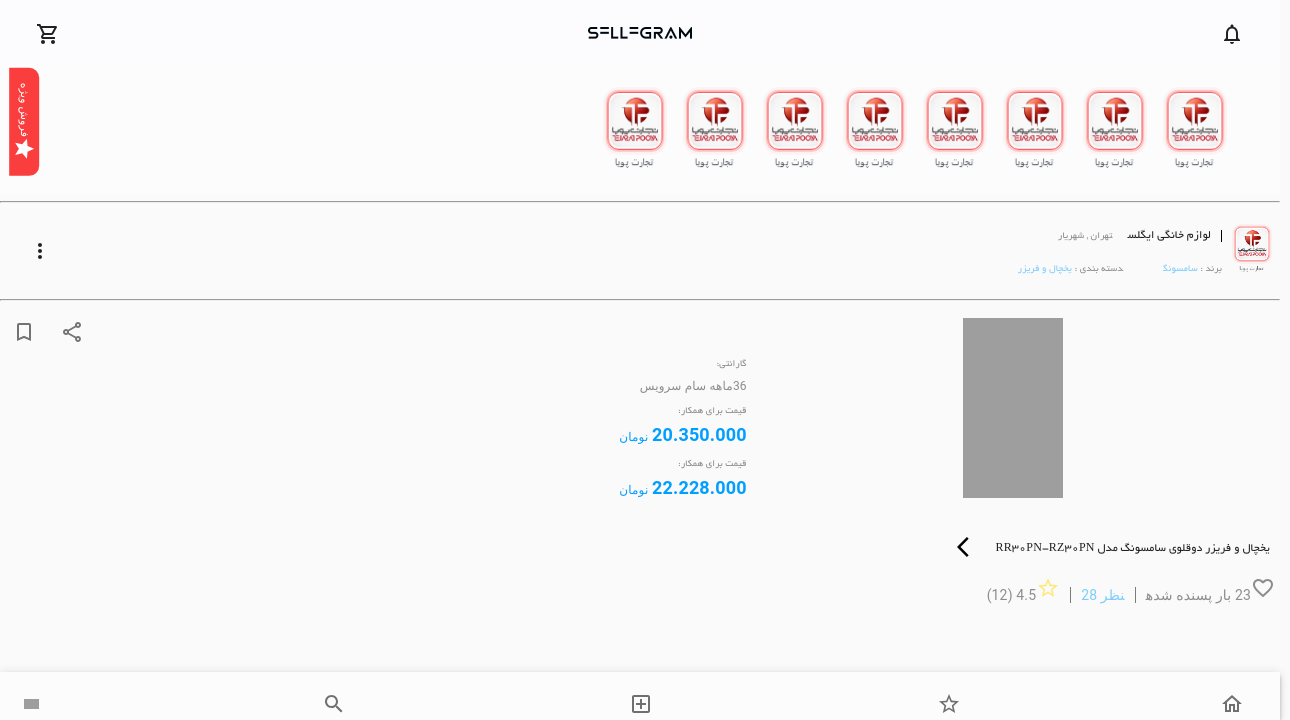
Repository: sadegh1379/selegram
Page: /login-4
The author's editor kept a copy of each file at every save. The page is drawn from the files as they stood at one save, then again after the next save.
The browser window is 1280 px wide. The page is 1280 px wide, then 1290 px, so the pictures cover 1290 px, including what lies to the right of the window. The pictures show the whole page.
Pictures or frames that could not be fetched are drawn as grey boxes. The project was rebuilt for these pictures with package versions that can differ from the ones it lists, and the page was loaded fresh each time. Also part of the build but not shown: src/components/login/Login.js, src/components/login/LoginOne.js, src/components/login/LoginThree.js.

Above is the page before, as saved 2020-09-09 14:34:18.

### public/index.html
<!DOCTYPE html>
<html lang="en">
  <head>
    <meta charset="utf-8" />
    <link rel="icon" href="%PUBLIC_URL%/favicon.ico" />
    <meta
      name="viewport"
      content="minimum-scale=1, initial-scale=1, width=device-width"
    />
    <meta name="theme-color" content="#000000" />
    <meta
      name="description"
      content="Web site created using create-react-app"
    />
    <link rel="apple-touch-icon" href="%PUBLIC_URL%/logo192.png" />
    <!--
      manifest.json provides metadata used when your web app is installed on a
      user's mobile device or desktop. See https://developers.google.com/web/fundamentals/web-app-manifest/
    -->
    <link rel="manifest" href="%PUBLIC_URL%/manifest.json" />
    <!--
      Notice the use of %PUBLIC_URL% in the tags above.
      It will be replaced with the URL of the `public` folder during the build.
      Only files inside the `public` folder can be referenced from the HTML.

      Unlike "/favicon.ico" or "favicon.ico", "%PUBLIC_URL%/favicon.ico" will
      work correctly both with client-side routing and a non-root public URL.
      Learn how to configure a non-root public URL by running `npm run build`.
    -->
    <title>React App</title>
  </head>
  <body dir="rtl">
    <noscript>You need to enable JavaScript to run this app.</noscript>
    <div id="root"></div>
    <!--
      This HTML file is a template.
      If you open it directly in the browser, you will see an empty page.

      You can add webfonts, meta tags, or analytics to this file.
      The build step will place the bundled scripts into the <body> tag.

      To begin the development, run `npm start` or `yarn start`.
      To create a production bundle, use `npm run build` or `yarn build`.
    -->
  </body>
</html>

### src/index.js
import React from 'react';
import ReactDOM from 'react-dom';
import App from './App';
import { createMuiTheme, ThemeProvider } from '@material-ui/core/styles';
import RTL from './RTL';
import {BrowserRouter as Router} from 'react-router-dom';
// import '../node_modules/bootstrap/dist/css/bootstrap.css';
import {DataProvider} from './context'

const theme = createMuiTheme({
  direction: 'rtl', // Both here and <body dir="rtl">
});

ReactDOM.render(
      <ThemeProvider theme={theme}>
                      <RTL>
                          <Router>
                              <DataProvider>
                                    <App />
                              </DataProvider>
                          </Router>
                      </RTL>
      </ThemeProvider>
  ,
  document.getElementById('root')
);

### src/App.js
import React from 'react';
import './App.css';
import {Switch , Route} from 'react-router-dom';

import Login from './components/login/Login';
import LoginOne from './components/login/LoginOne';
import LoginThree from './components/login/LoginThree';
import LoginFour from './components/body/LoginFour'

function App() {
  return (
    <div className="App">
      <Switch>
        <Route exact path="/" component={(props)=><Login {...props}/>} />
        <Route exact path="/login-1" component={(props)=><LoginOne {...props}/>} />
        <Route exact path="/login-3" component={(props)=><LoginThree {...props}/>} />
        <Route exact path="/login-4" component={(props)=><LoginFour {...props}/>} />
      </Switch>
    </div>
  );
}

export default App;

### src/RTL.js
import React from 'react'
import { create } from 'jss';
import rtl from 'jss-rtl';
import { StylesProvider, jssPreset } from '@material-ui/core/styles';

// Configure JSS
const jss = create({ plugins: [...jssPreset().plugins, rtl()] });

function RTL(props) {
  return (
    <StylesProvider jss={jss}>
      {props.children}
    </StylesProvider>
  );
}

export default RTL;

### src/context.js
import React , {createContext ,Component}  from 'react';

const context = createContext()

 class DataProvider extends Component {
    constructor(props){
        super(props);

        this.state={
            kala:[{
                name:'sadegh',
                img:'./img/kala.png'
            },
            {
                name:'sadegh',
                img:'./img/kala.png'
            },
            {
                name:'sadegh',
                img:'./img/kala.png'
            },
            {
                name:'sadegh',
                img:'./img/kala.png'
            },
            {
                name:'sadegh',
                img:'./img/kala.png'
            },
            {
                name:'sadegh',
                img:'./img/kala.png'
            },
            {
                name:'sadegh',
                img:'./img/kala.png'
            },
            {
                name:'sadegh',
                img:'./img/kala.png'
            }
        ],
        select:'./img/ice.png'
        }
    }
    render() {
        return (
            <context.Provider value={{
                    ...this.state
            }}>
                {this.props.children}
            </context.Provider>
        )
    }
}

const DataConsumer = context.Consumer;

export { DataProvider , DataConsumer , context};

### src/App.css
@font-face {
    font-family: BYekan;
    src: url('./font/BYekan.ttf') , url('./font/BYekan.eot') , url('./font/BYekan.woff');
  }

html , body , #root{
    margin: 0px ;
    padding:0px;

}
.font-yekan{
    font-family: BYekan !important;
  }
label{
    color:#034DA2 !important;
    font-size: 14px;

    font-weight: small !important;

    margin-right: 10px;
    font-family: BYekan !important;
}

.color-text{
  color:#404D66
}

.no-scroll::-webkit-scrollbar{
  display: none;

}
.no-scroll{
  -ms-overflow-style: none ;
  scrollbar-width: none;
}

.lighblue{
  color:#009FFF;
}
.font-10-px{
  font-size: 10px;
}
.font-12-px{
  font-size: 12px;
}
.text-right{
  text-align: right;
}
.text-left{
  text-align: left;
}

.opacity{
  opacity: 0.5;

}

.money-color{
  color:#009FFF;
  font-size:18px;
  font-weight: bolder  ;
}

.toman-blue{
  font-size: 12px;
  color:#009FFF ;

}

### src/components/body/LoginFour.js
import React , {useContext} from 'react';
import Navbar from '../static/Navbar';
import Button from '@material-ui/core/Button';
import Grid from '@material-ui/core/Grid'
import {context} from '../../context';
import useStyles from './styles';
import StarIcon from '@material-ui/icons/Star';
import Menu from '@material-ui/core/Menu';
import MenuItem from '@material-ui/core/MenuItem';
import MoreVertIcon from '@material-ui/icons/MoreVert';
import BookmarkBorderIcon from '@material-ui/icons/BookmarkBorder';
import ShareOutlinedIcon from '@material-ui/icons/ShareOutlined';
import { IconButton } from '@material-ui/core';
import ArrowBackIosIcon from '@material-ui/icons/ArrowBackIos';
import FavoriteBorderOutlinedIcon from '@material-ui/icons/FavoriteBorderOutlined';
import BottomAppBar from '../static/BottomAppBar';
import StarBorderIcon from '@material-ui/icons/StarBorder';



function LoginFour() {
    const classes = useStyles();
    const [anchorEl, setAnchorEl] = React.useState(null);
    const [opinion , setOpinion] = React.useState('لطفا نظر خود را بنویسید ...');

    const data = useContext(context);
    console.log(data);

    // fordropdown---------

    const handleClick = (event) => {
        setAnchorEl(event.currentTarget);
      };

      const handleClose = () => {
        setAnchorEl(null);
      };

      //-------------------

    return (
        <React.Fragment>
            <Navbar/>

            <Grid className={classes.carouselContainer}>
                <ul className="no-scroll" style={{display:'flex' , overflow:'scroll' , listStyle:'none' }}>
                    <span className={classes.ulf}>
                        <StarIcon/>
                            فروش ویژه
                    </span>
                    {data.kala.map((item , i)=>{
                        return(
                            <li style={{margin:'0px 8px' }} key={i}>
                                <img style={{width:'64px' , height:'83px'}}  src={item.img} alt=""/>


                            </li>
                        )
                    })
                    }
                </ul>
            </Grid><hr/>

            {/* information component */}

            <Grid className={classes.informationGrid}>
                <Grid item ><img alt="img" style={{width:'40px'}} src={data.kala[2].img}/></Grid>
                <Grid item  className={classes.informationText}>
                    <span className="font-yekan font-12-px" style={{borderRight:'1px solid black' , paddingRight:'10px' }}>لوازم خانگی  ایگلس</span>
                    <span className="font-yekan  font-10-px" style={{marginRight:'15px' , opacity:'0.5'}}>تهران , شهریار</span><br/>
                    <span className="font-yekan font-10-px" style={{opacity:'0.5'}}>برند  :  <span className="lighblue">سامسونگ</span></span>
                    <span className="font-yekan font-10-px" style={{opacity:'0.5', marginRight:'40px'}}>دسته بندی  : <span className="lighblue">یخچال و فریزر</span></span>
                </Grid>
                <Grid item>
                    <div>
                        <Button aria-controls="simple-menu" aria-haspopup="true" onClick={handleClick}>
                            <MoreVertIcon/>
                        </Button>
                        <Menu
                            id="simple-menu"
                            anchorEl={anchorEl}
                            keepMounted
                            open={Boolean(anchorEl)}
                            onClose={handleClose}
                        >
                            <MenuItem onClick={handleClose}>Profile</MenuItem>
                            <MenuItem onClick={handleClose}>My account</MenuItem>
                            <MenuItem onClick={handleClose}>Logout</MenuItem>
                        </Menu>
                     </div>
                </Grid>
            </Grid><hr/>
            {/* body */}
            <Grid className={classes.body}>
                <Grid className={classes.bodyImg} item md={5} sm={5} xs={5}>
                    <img style={{width:'100px' , height:'180px' ,imageResolution:'from-image'}} src={data.select} alt=""/>
                </Grid>
                <Grid item md={7} sm={7} xs={7}>
                    <div  className="text-left">
                        <IconButton>
                             <ShareOutlinedIcon/>
                        </IconButton>
                        <IconButton>
                              <BookmarkBorderIcon/>
                        </IconButton>

                    </div>
                    <div  style={{lineHeight:'10px'}}>
                            <span className="font-10-px opacity font-yekan">گارانتی:</span><p className="font-12-px opacity">36ماهه سام سرویس</p>
                            <span className="font-10-px opacity font-yekan">قیمت برای همکار:</span><p ><span className="money-color">20.350.000</span> <span className="toman-blue">نومان</span> </p>
                            <span className="font-10-px opacity font-yekan">قیمت برای همکار:</span><p ><span className="money-color">22.228.000</span> <span className="toman-blue">نومان</span> </p>

                    </div>

                </Grid>
            </Grid>

            <Grid className={classes.getArrow}>
                <span className="font-12-px font-yekan"> یخچال و فریزر دوقلوی سامسونگ مدل RR30PN-RZ30PN </span>
                <IconButton >
                        <ArrowBackIosIcon className={classes.color_black}/>
                </IconButton>
            </Grid>
            {/* liked */}
            <Grid className={classes.liked}>
                        <FavoriteBorderOutlinedIcon/>
                         <span>23 بار پسنده شده</span>
                        <span style={{borderLeft:'1px solid black' , margin:'0 10px'}}></span>
                        <span className="lighblue lightblue">نظر 28</span>
                        <span style={{borderLeft:'1px solid black' , margin:'0 10px'}}></span>
                        <StarBorderIcon className={classes.goldstar}/>
                        <span>4.5 (12)</span>

            </Grid>
            {/* Opinion */}
            {/* <Grid>
            <form style={{width:'100%' , margin:'10px'}}  autoComplete="off">
                <textarea style={{border:'0px'}} onChange={(e)=>setOpinion(e.target.value)} value={opinion} className="font-yekan opacity"  id="" cols="30" rows="2"></textarea>

            </form>
            </Grid> */}



            {/* bottom app bar */}
            <BottomAppBar img={data.select}/>
        </React.Fragment>
    )
}

export default LoginFour

### src/components/static/Navbar.js
import React from 'react';
import Grid from '@material-ui/core/Grid';
import useStyles from './styles';
import ShoppingCartOutlinedIcon from '@material-ui/icons/ShoppingCartOutlined';
import NotificationsOutlinedIcon from '@material-ui/icons/NotificationsOutlined';
import Button from '@material-ui/core/Button';
import logo from './img/navlogo.png'

function Navbar() {
    const classes = useStyles();
    return (
      <Grid  className={classes.navContainer}>
          <Grid>
              <Button>
                <NotificationsOutlinedIcon/>
              </Button>
          </Grid>
          <Grid className={classes.navlogo}>
              <img style={{width:'50%'}} src={logo} alt="selegram"/>
          </Grid>
          <Grid>
                <Button>
                <ShoppingCartOutlinedIcon/>
                </Button>
          </Grid>
      </Grid>
    )
}

export default Navbar

### src/components/body/styles.js
import { makeStyles } from '@material-ui/core/styles';

const useStyles = makeStyles((theme) => ({
    carouselContainer:{
        backgroundColor:'#FCFCFC',
        padding:'5px'
    },
    ulf:{
        backgroundColor:'#FA3D3D',
        position:'absolute',
        left:'-30px',
        marginTop:'20px',
        padding:'15px',
        // marginLeft:'0px',
        width:'100  px',
        height:'10px',
        transform:'rotateZ(-270deg)',
        display:'flex',
        alignItems:'center',
        justifyContent:'space-between',
        fontSize:'11px',
        color:'#FFFFFF',
        borderRadius:'10px 10px 0 0',
        boxShadow:'-3px 0px 6px'
    },
    informationGrid:{
            display:'flex',
            justifyContent:'space-between',
            padding:'8px',
            alignItems:'center'
    },
    informationText :{
        lineHeight:'30px',
        width:'100%',
        margin:'0 10px',
        padding:'0px'
    },
    body:{
        // backgroundColor:'gold',
        display:'flex'
    },
    bodyImg:{
        width:'100%',
        overflow:'hidden',
        padding:'10px',
        textAlign:'center'
    },
    getArrow:{
        padding:'10px'
    },
    color_black : {
        color:'black'
      },
    liked:{

        display:'felx'
        ,alignItems:'center',
        padding:'5px',
        marginTop:'-10px',
        opacity:'0.5'
    },
    goldstar:{
        color:'gold',

    },

}))


export default useStyles;

### src/components/static/BottomAppBar.js
import React from 'react';
import { makeStyles } from '@material-ui/core/styles';
import AppBar from '@material-ui/core/AppBar';
import CssBaseline from '@material-ui/core/CssBaseline';
import Toolbar from '@material-ui/core/Toolbar';
import IconButton from '@material-ui/core/IconButton';
import AddBoxOutlinedIcon from '@material-ui/icons/AddBoxOutlined';
import SearchIcon from '@material-ui/icons/Search';
import StarBorderOutlinedIcon from '@material-ui/icons/StarBorderOutlined';
import HomeOutlinedIcon from '@material-ui/icons/HomeOutlined';

const useStyles = makeStyles((theme) => ({




  appBar: {
    top: 'auto',
    bottom: 0,
    height:'48px',
    backgroundColor:'#FCFCFC'
  },
  grow: {
    flexGrow: 1,
  },

  toolBar:{
    display:'flex',
    justifyContent:'space-between',
    alignItems:'center'
  },
  icons:{

    color:'#707070'
  }
}));

export default function BottomAppBar(props) {
  const classes = useStyles();

  return (
    <React.Fragment>
      <CssBaseline />

      <AppBar position="fixed" color="default" className={classes.appBar}>
        <Toolbar className={classes.toolBar}>
          <IconButton edge="start" color="inherit" aria-label="open drawer">
            <HomeOutlinedIcon className={classes.icons} />
          </IconButton>
          <IconButton edge="end" color="inherit">
            <StarBorderOutlinedIcon className={classes.icons}/>
          </IconButton>
          <IconButton color="inherit">
            <AddBoxOutlinedIcon className={classes.icons}/>
          </IconButton>
          <IconButton color="inherit">
            <SearchIcon className={classes.icons}/>
          </IconButton>
          <IconButton edge="start" color="inherit" aria-label="open drawer">
            <img style={{width:'14.6px'}} src={props.img} alt=""/>
          </IconButton>
        </Toolbar>
      </AppBar>
    </React.Fragment>
  );
}

### src/components/static/styles.js
import { makeStyles } from '@material-ui/core/styles';

const useStyles = makeStyles((theme) => ({
    navContainer:{
        display:'flex',
        justifyContent:'space-between',
        backgroundColor:'#FCFCFF',
        padding:'16px',
        opacity:'100%',
        alignItems:'center'
    },
    navlogo:{
        textAlign:'center'
    }
}))


export default useStyles;

After the next save:
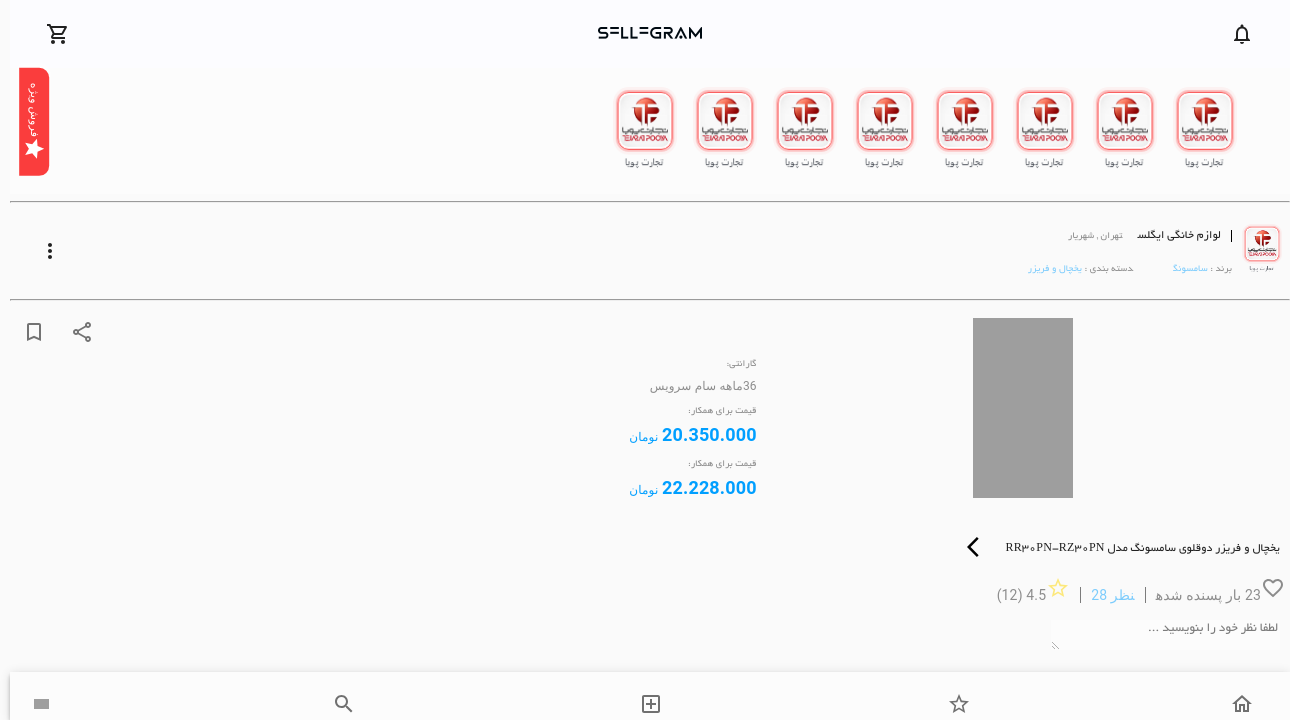
Saved 4 s later.
--- a/src/components/body/LoginFour.js
+++ b/src/components/body/LoginFour.js
@@ -133,12 +133,12 @@
 
             </Grid>
             {/* Opinion */}
-            {/* <Grid>
+            <Grid>
             <form style={{width:'100%' , margin:'10px'}}  autoComplete="off">
                 <textarea style={{border:'0px'}} onChange={(e)=>setOpinion(e.target.value)} value={opinion} className="font-yekan opacity"  id="" cols="30" rows="2"></textarea>
 
             </form>
-            </Grid> */}
+            </Grid>
 
 
 
